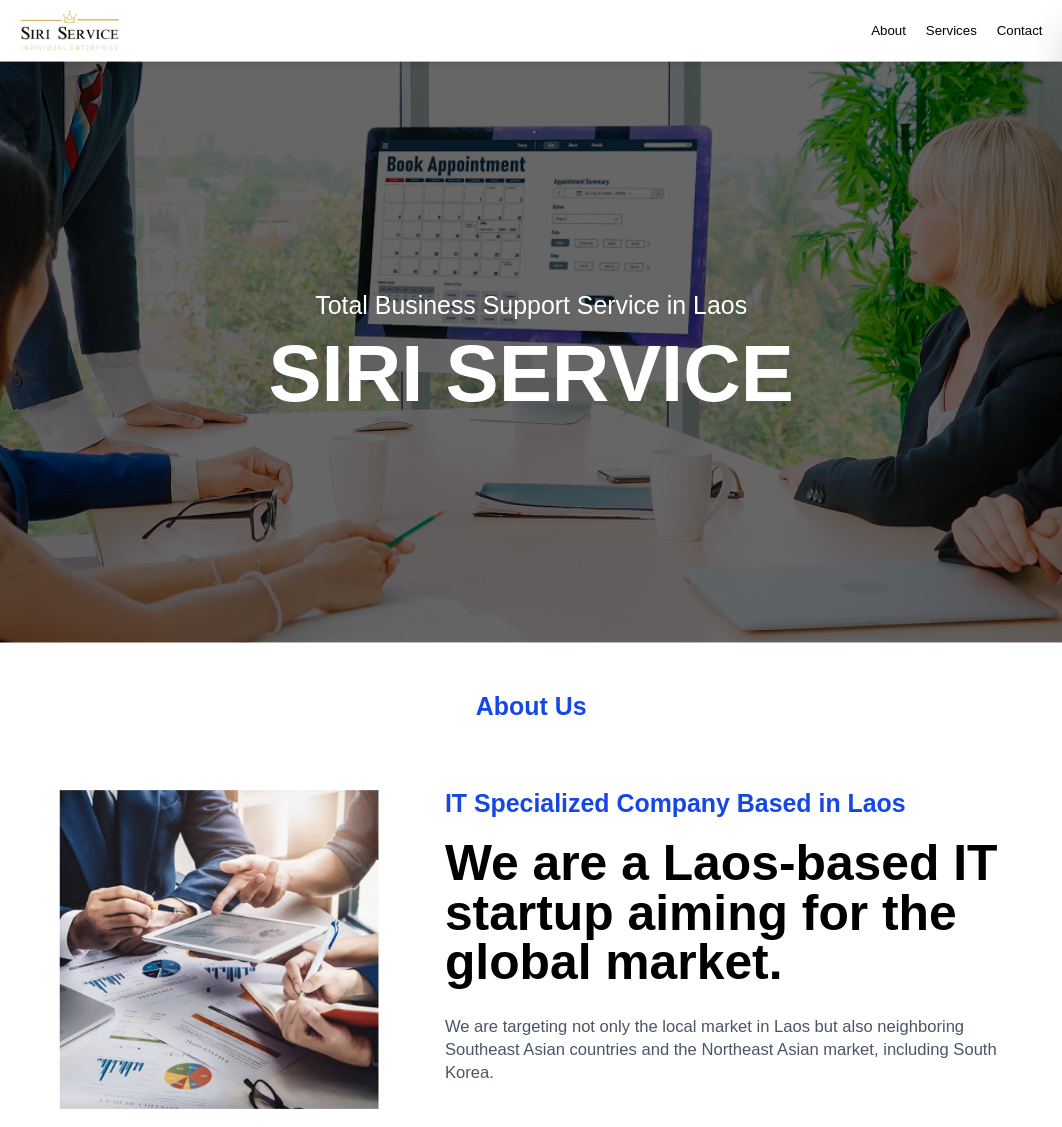
Repository: Phailin-teamplate/siri-service-web
Page: /
These files come from the project's save history. The page is drawn as it stood at one moment and after the next save; the edit follows.
The browser window is 1280 px wide. The pictures show the whole page, at 83% of full size.
The project was rebuilt for these pictures with package versions that can differ from the ones it lists, and the page was loaded fresh each time. The framework's server and built-in components were replaced by stand-ins that run in the browser. Also part of the build but not shown: next.config.ts.

Above is the page before, as saved 2025-07-02 14:16:11.

After the next save:
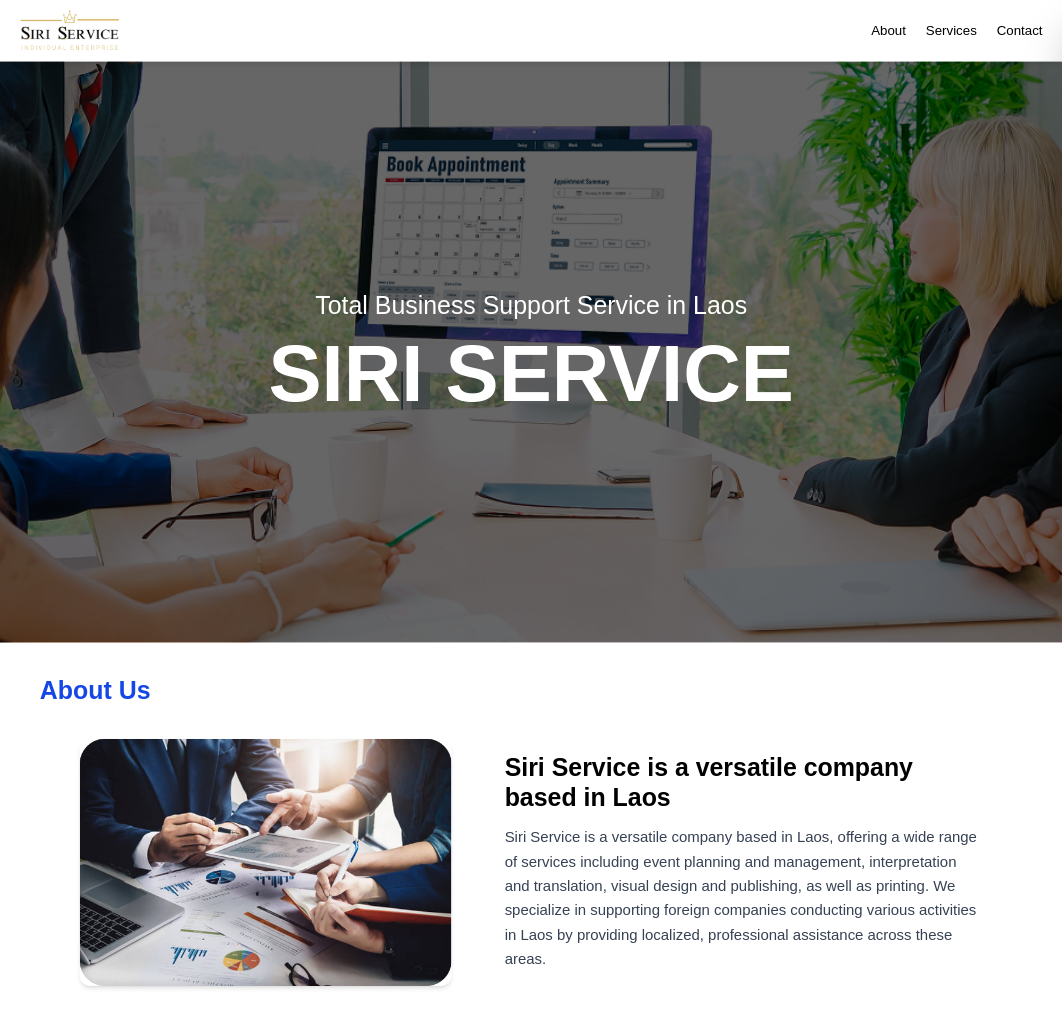
Saved 77 s later.
--- a/src/components/About.tsx
+++ b/src/components/About.tsx
@@ -1,7 +1,7 @@
+"use client";
+
 import Image from "next/image";
-
 import AboutSV from "@/public/About.png";
-
 import type { Metadata } from "next";
 
 export const metadata: Metadata = {
@@ -11,36 +11,41 @@
 
 export default function About() {
   return (
-    <div className="w-full">
-      <div className="flex justify-center md:py-15 text-center md:text-left">
-        <p className="text-2xl md:text-3xl font-semibold text-blue-700">
+    <div className="w-full bg-white px-6 md:px-12 py-10" id="about">
+      {/* Section Title */}
+      <div className="text-center md:text-left mb-10">
+        <h2 className="text-2xl md:text-3xl font-semibold text-blue-700">
           About Us
-        </p>
+        </h2>
       </div>
-      <div className="flex flex-col px-6 md:px-12 py-5 md:py-5">
-        <section
-          className="flex flex-col md:flex-row items-center justify-center gap-10 md:gap-20 md:scroll-mt-30 scroll-mt-23" // Added scroll margin
-          id="about"
-        >
-          {/* Image Section */}
-          <div className="relative w-80 h-80 md:w-96 md:h-96">
-            <Image src={AboutSV} alt="About" fill className="object-cover" />
-          </div>
-          {/* Text Section */}
-          <div className="w-full max-w-2xl text-center md:text-left">
-            <p className="text-2xl md:text-3xl font-semibold text-blue-700 mb-4 md:mb-6">
-              IT Specialized Company Based in Laos
-            </p>
-            <h1 className="text-black text-4xl md:text-6xl font-bold mb-6 md:mb-8">
-              We are a Laos-based IT startup aiming for the global market.
-            </h1>
-            <p className="text-lg sm:text-xl text-gray-600 mb-6 md:mb-8">
-              We are targeting not only the local market in Laos but also
-              neighboring Southeast Asian countries and the Northeast Asian
-              market, including South Korea.
-            </p>
-          </div>
-        </section>
+
+      {/* Content: Image + Text */}
+      <div className="flex flex-col md:flex-row items-center justify-center gap-10 md:gap-16">
+        {/* Image */}
+        <div className="w-full max-w-md rounded-xl overflow-hidden shadow-md">
+          <Image
+            src={AboutSV}
+            alt="About"
+            width={512}
+            height={340}
+            className="object-cover w-full h-auto rounded-xl"
+            priority
+          />
+        </div>
+
+        {/* Text */}
+        <div className="w-full max-w-xl text-center md:text-left">
+          <h1 className="text-black text-2xl sm:text-3xl font-semibold mb-4">
+            Siri Service is a versatile company based in Laos
+          </h1>
+          <p className="text-gray-700 text-base sm:text-lg leading-relaxed">
+            Siri Service is a versatile company based in Laos, offering a wide range of
+            services including event planning and management, interpretation and
+            translation, visual design and publishing, as well as printing. We specialize
+            in supporting foreign companies conducting various activities in Laos by
+            providing localized, professional assistance across these areas.
+          </p>
+        </div>
       </div>
     </div>
   );
